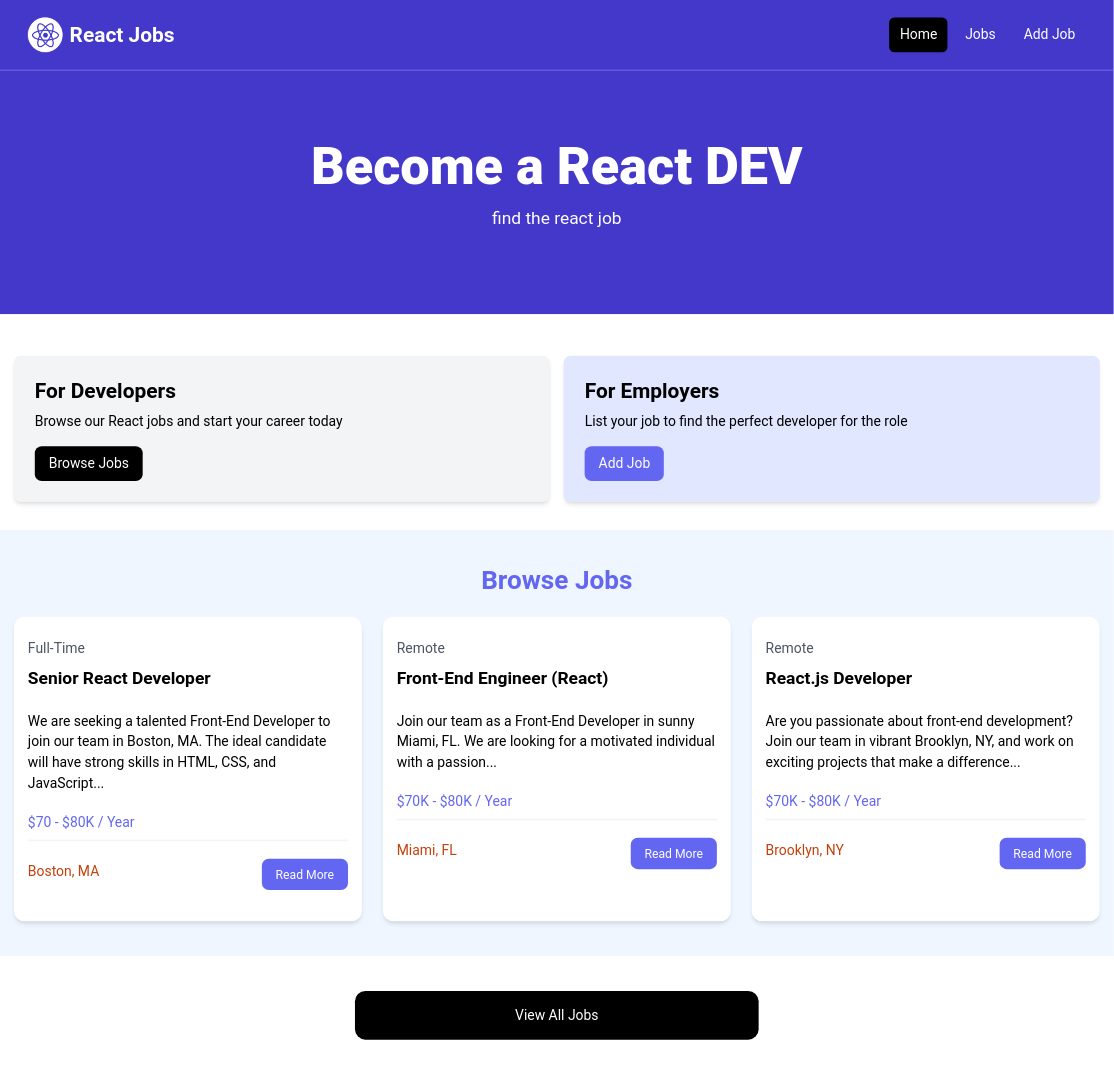
Repository: Geohot-2020/React_setup
Page: / (app in react-crash-2024/)
These files come from the project's save history. The page is drawn as it stood at one moment and after the next save; the edit follows.
The browser window is 1280 px wide. The pictures show the whole page, at 87% of full size.
The project was rebuilt for these pictures with package versions that can differ from the ones it lists, and the page was loaded fresh each time. Also part of the build but not shown: react-crash-2024/vite.config.js.

Above is the page before, as saved 2024-11-13 15:31:00.

### react-crash-2024/src/App.jsx
import React from 'react'
import Navbar from './components/Navbar'
import Hero from './components/Hero'
Hero
Navbar
const App = () => {
  return (
    <>
      <Navbar />
      <Hero />


      <section className="py-4">
        <div className="container-xl lg:container m-auto">
          <div className="grid grid-cols-1 md:grid-cols-2 gap-4 p-4 rounded-lg">
            <div className="bg-gray-100 p-6 rounded-lg shadow-md">
              <h2 className="text-2xl font-bold">For Developers</h2>
              <p className="mt-2 mb-4">
                Browse our React jobs and start your career today
              </p>
              <a
                href="/jobs.html"
                className="inline-block bg-black text-white rounded-lg px-4 py-2 hover:bg-gray-700"
              >
                Browse Jobs
              </a>
            </div>
            <div className="bg-indigo-100 p-6 rounded-lg shadow-md">
              <h2 className="text-2xl font-bold">For Employers</h2>
              <p className="mt-2 mb-4">
                List your job to find the perfect developer for the role
              </p>
              <a
                href="/add-job.html"
                className="inline-block bg-indigo-500 text-white rounded-lg px-4 py-2 hover:bg-indigo-600"
              >
                Add Job
              </a>
            </div>
          </div>
        </div>
      </section>

      {/* <!-- Browse Jobs --> */}
      <section className="bg-blue-50 px-4 py-10">
        <div className="container-xl lg:container m-auto">
          <h2 className="text-3xl font-bold text-indigo-500 mb-6 text-center">
            Browse Jobs
          </h2>
          <div className="grid grid-cols-1 md:grid-cols-3 gap-6">
            {/* <!-- Job Listing 1 --> */}
            <div className="bg-white rounded-xl shadow-md relative">
              <div className="p-4">
                <div className="mb-6">
                  <div className="text-gray-600 my-2">Full-Time</div>
                  <h3 className="text-xl font-bold">Senior React Developer</h3>
                </div>

                <div className="mb-5">
                  We are seeking a talented Front-End Developer to join our team in Boston, MA. The ideal candidate will have strong skills in HTML, CSS, and JavaScript...
                </div>

                <h3 className="text-indigo-500 mb-2">$70 - $80K / Year</h3>

                <div className="border border-gray-100 mb-5"></div>

                <div className="flex flex-col lg:flex-row justify-between mb-4">
                  <div className="text-orange-700 mb-3">
                    <i className="fa-solid fa-location-dot text-lg"></i>
                    Boston, MA
                  </div>
                  <a
                    href="job.html"
                    className="h-[36px] bg-indigo-500 hover:bg-indigo-600 text-white px-4 py-2 rounded-lg text-center text-sm"
                  >
                    Read More
                  </a>
                </div>
              </div>
            </div>
            {/* <!-- Job Listing 2 --> */}
            <div className="bg-white rounded-xl shadow-md relative">
              <div className="p-4">
                <div className="mb-6">
                  <div className="text-gray-600 my-2">Remote</div>
                  <h3 className="text-xl font-bold">Front-End Engineer (React)</h3>
                </div>

                <div className="mb-5">
                  Join our team as a Front-End Developer in sunny Miami, FL. We are looking for a motivated individual with a passion...
                </div>

                <h3 className="text-indigo-500 mb-2">$70K - $80K / Year</h3>

                <div className="border border-gray-100 mb-5"></div>

                <div className="flex flex-col lg:flex-row justify-between mb-4">
                  <div className="text-orange-700 mb-3">
                    <i className="fa-solid fa-location-dot text-lg"></i>
                    Miami, FL
                  </div>
                  <a
                    href="job.html"
                    className="h-[36px] bg-indigo-500 hover:bg-indigo-600 text-white px-4 py-2 rounded-lg text-center text-sm"
                  >
                    Read More
                  </a>
                </div>
              </div>
            </div>
            {/* <!-- Job Listing 3 --> */}
            <div className="bg-white rounded-xl shadow-md relative">
              <div className="p-4">
                <div className="mb-6">
                  <div className="text-gray-600 my-2">Remote</div>
                  <h3 className="text-xl font-bold">React.js Developer</h3>
                </div>

                <div className="mb-5">
                  Are you passionate about front-end development? Join our team in vibrant Brooklyn, NY, and work on exciting projects that make a difference...
                </div>

                <h3 className="text-indigo-500 mb-2">$70K - $80K / Year</h3>

                <div className="border border-gray-100 mb-5"></div>

                <div className="flex flex-col lg:flex-row justify-between mb-4">
                  <div className="text-orange-700 mb-3">
                    <i className="fa-solid fa-location-dot text-lg"></i>
                    Brooklyn, NY
                  </div>
                  <a
                    href="job.html"
                    className="h-[36px] bg-indigo-500 hover:bg-indigo-600 text-white px-4 py-2 rounded-lg text-center text-sm"
                  >
                    Read More
                  </a>
                </div>
              </div>
            </div>
          </div>
        </div>
      </section>

      <section className="m-auto max-w-lg my-10 px-6">
        <a
          href="jobs.html"
          className="block bg-black text-white text-center py-4 px-6 rounded-xl hover:bg-gray-700"
        >View All Jobs</a
        >
      </section>
    </>
  )
}

export default App

### react-crash-2024/src/components/Navbar.jsx
import React from 'react'
import logo from '../assets/images/logo.png'
const Navbar = () => {
    return (
        <nav className="bg-indigo-700 border-b border-indigo-500">
            <div className="mx-auto max-w-7xl px-2 sm:px-6 lg:px-8">
                <div className="flex h-20 items-center justify-between">
                    <div
                        className="flex flex-1 items-center justify-center md:items-stretch md:justify-start"
                    >
                        {/* <!-- Logo --> */}
                        <a className="flex flex-shrink-0 items-center mr-4" href="/index.html">
                            <img
                                className="h-10 w-auto"
                                src={logo}
                                alt="React Jobs"
                            />
                            <span className="hidden md:block text-white text-2xl font-bold ml-2"
                            >React Jobs</span
                            >
                        </a>
                        <div className="md:ml-auto">
                            <div className="flex space-x-2">
                                <a
                                    href="/index.html"
                                    className="text-white bg-black hover:bg-gray-900 hover:text-white rounded-md px-3 py-2"
                                >Home</a
                                >
                                <a
                                    href="/jobs.html"
                                    className="text-white hover:bg-gray-900 hover:text-white rounded-md px-3 py-2"
                                >Jobs</a
                                >
                                <a
                                    href="/add-job.html"
                                    className="text-white hover:bg-gray-900 hover:text-white rounded-md px-3 py-2"
                                >Add Job</a
                                >
                            </div>
                        </div>
                    </div>
                </div>
            </div>
        </nav>
    )
}

export default Navbar

### react-crash-2024/src/components/Hero.jsx
import React from 'react'

const Hero = ({title = 'Become a React DEV', subtitle = 'find the react job'}) => {
    return (
        <section className="bg-indigo-700 py-20 mb-4">
            <div
                className="max-w-7xl mx-auto px-4 sm:px-6 lg:px-8 flex flex-col items-center"
            >
                <div className="text-center">
                    <h1
                        className="text-4xl font-extrabold text-white sm:text-5xl md:text-6xl"
                    >
                        {title}
                    </h1>
                    <p className="my-4 text-xl text-white">
                        {subtitle}
                    </p>
                </div>
            </div>
        </section>
    )
}

export default Hero

### react-crash-2024/tailwind.config.js
/** @type {import('tailwindcss').Config} */
export default {
  content: [
    "./index.html",
    "./src/**/*.{js,ts,jsx,tsx}",
  ],
  theme: {
    extend: {
      fontFamily: {
        sans: ['Roboto', 'sans-serif'],
      },
      gridTemplateColumns: {
        '70/30': '70% 28%',
      },
    },
  },
  plugins: [],
}

Loaded but not shown: react-crash-2024/index.html (common file); react-crash-2024/src/main.jsx (common file); react-crash-2024/src/index.css (common file)

After the next save:
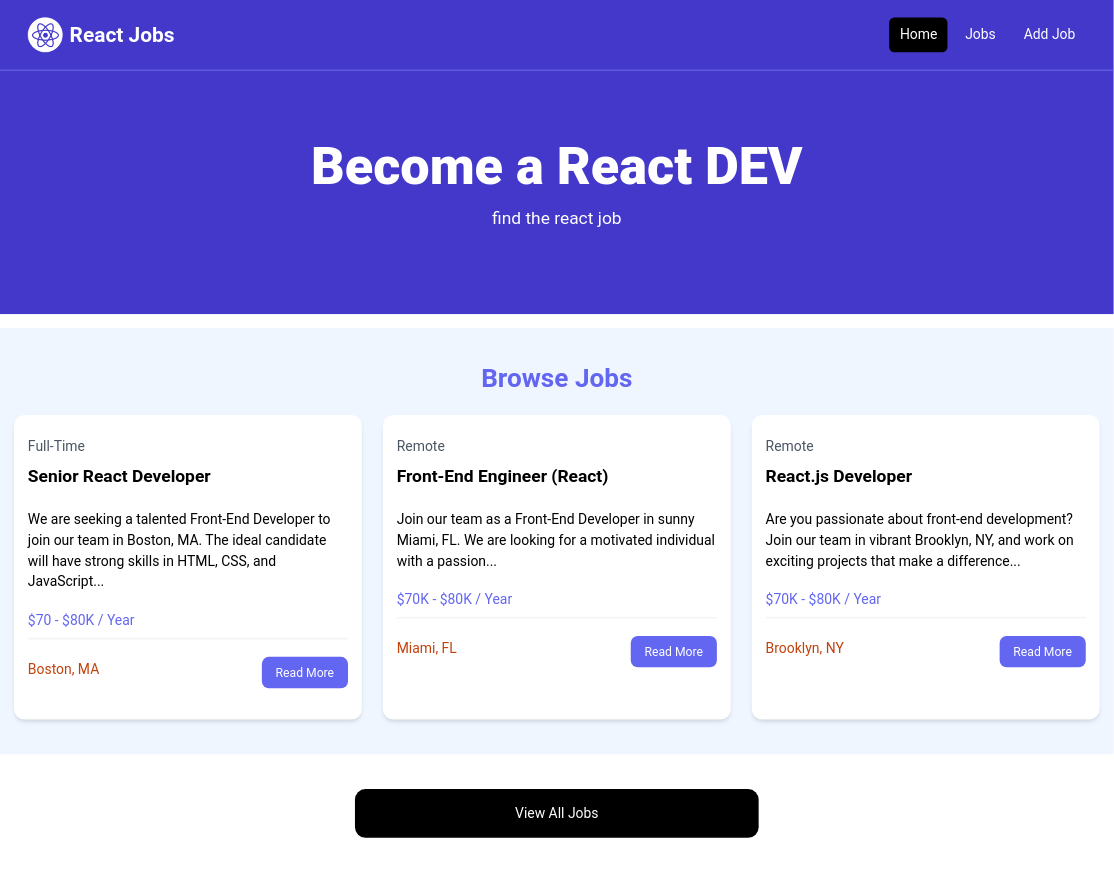
Saved 6 s later.
--- a/react-crash-2024/src/App.jsx
+++ b/react-crash-2024/src/App.jsx
@@ -10,36 +10,7 @@ const App = () => {
       <Hero />
 
 
-      <section className="py-4">
-        <div className="container-xl lg:container m-auto">
-          <div className="grid grid-cols-1 md:grid-cols-2 gap-4 p-4 rounded-lg">
-            <div className="bg-gray-100 p-6 rounded-lg shadow-md">
-              <h2 className="text-2xl font-bold">For Developers</h2>
-              <p className="mt-2 mb-4">
-                Browse our React jobs and start your career today
-              </p>
-              <a
-                href="/jobs.html"
-                className="inline-block bg-black text-white rounded-lg px-4 py-2 hover:bg-gray-700"
-              >
-                Browse Jobs
-              </a>
-            </div>
-            <div className="bg-indigo-100 p-6 rounded-lg shadow-md">
-              <h2 className="text-2xl font-bold">For Employers</h2>
-              <p className="mt-2 mb-4">
-                List your job to find the perfect developer for the role
-              </p>
-              <a
-                href="/add-job.html"
-                className="inline-block bg-indigo-500 text-white rounded-lg px-4 py-2 hover:bg-indigo-600"
-              >
-                Add Job
-              </a>
-            </div>
-          </div>
-        </div>
-      </section>
+
 
       {/* <!-- Browse Jobs --> */}
       <section className="bg-blue-50 px-4 py-10">
